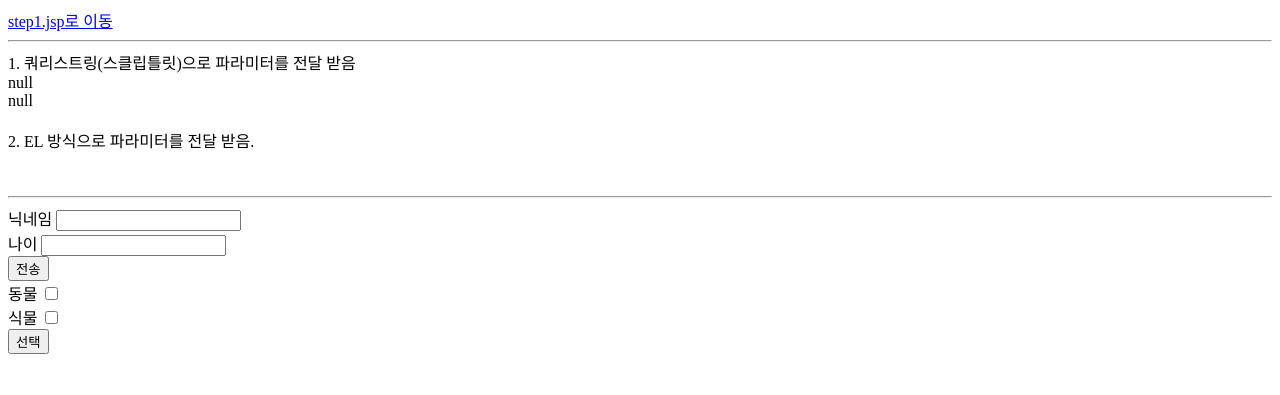
Repository: Dog-voice/king
Page: http://localhost/web_study/step2.jsp
These files come from the project's save history. The page is drawn as it stood at one moment and after the next save; the edit follows.
The browser window is 1280 px wide. The pictures show the whole page.
The page is served by Tomcat 9.

Above is the page before, as saved 2022-08-16 03:55:49.

### 게시글등록(1)/web_study/src/main/webapp/step2.jsp
<%@ page language="java" contentType="text/html; charset=UTF-8"
    pageEncoding="UTF-8"%>
<!DOCTYPE html>
<html>
<head>
<meta charset="UTF-8">
<title>EL param 연습 2</title>
</head>
<body>
   <a href="step1.jsp">step1.jsp로 이동</a>
   <hr>
   <!-- 주석처리 ctr1 + shift + /  -->
   1. 쿼리스트링(스클립틀릿)으로 파라미터를 전달 받음 <br>
   <%=request.getParameter("name") %><br>
   <%=request.getParameter("address") %><br>
   <br>

   2. EL 방식으로 파라미터를 전달 받음. <br>
   ${param.name }<br>
   ${param.address }<br>

   <hr>
   <form action="step2_1.jsp">
       닉네임 <input type="text" name="nick"> <br>
       나이 <input type="text" name="age"><br>
       <button type= "submit">전송</button>
   </form>

   <form action="step2_1.jsp">
   동물 <input type="checkbox" name="nick2"> <br>
   식물 <input type="checkbox" name="nick3"> <br>
   <button type= "submit">선택</button>

   </form>


</body>
</html>

After the next save:
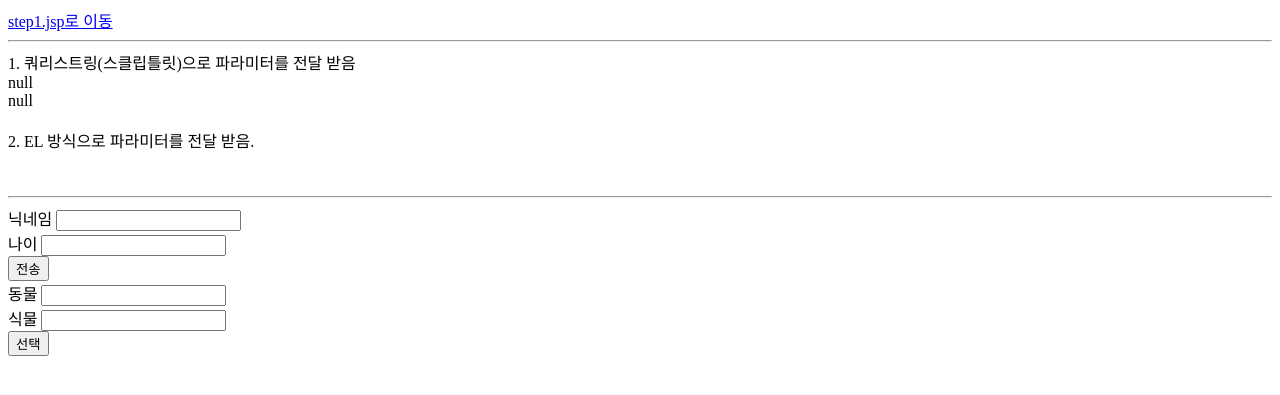
Saved 44 s later.
--- a/게시글등록(1)/web_study/src/main/webapp/step2.jsp
+++ b/게시글등록(1)/web_study/src/main/webapp/step2.jsp
@@ -27,8 +27,8 @@
    </form>
 
    <form action="step2_1.jsp">
-   동물 <input type="checkbox" name="nick2"> <br>
-   식물 <input type="checkbox" name="nick3"> <br>
+   동물 <input type="text" name="nick2"> <br>
+   식물 <input type="text" name="nick3"> <br>
    <button type= "submit">선택</button>
 
    </form>
